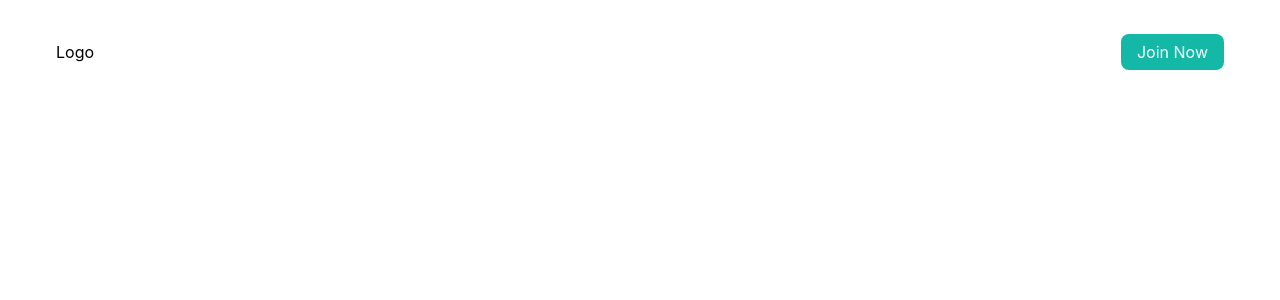
Repository: arafatmollah/auth-app
Page: /
The author's editor kept a copy of each file at every save. The page is drawn from the files as they stood at one save, then again after the next save.
The browser window is 1280 px wide. The pictures show the whole page.
The project was rebuilt for these pictures with package versions that can differ from the ones it lists, and the page was loaded fresh each time. The framework's server and built-in components were replaced by stand-ins that run in the browser. Also part of the build but not shown: next.config.js.

Above is the page before, as saved 2022-10-03 16:19:42.

### pages/_app.js
import '../styles/globals.css'
import Layout from '../components/Layout'

function MyApp({ Component, pageProps }) {
 return(
  <Layout>
  <Component {...pageProps} />
 </Layout>
 )
}

export default MyApp

### pages/index.js
import Head from 'next/head'

export default function Home() {
  return (
    <div>
      <Head>
        <title>Create Next App</title>
        <meta name="description" content="Generated by create next app" />
        <link rel="icon" href="/favicon.ico" />
      </Head>

      <main>
       <h2 className='text-5xl'>

       </h2>
      </main>


    </div>
  )
}

### components/Layout.js
import React from 'react'
import Nav from './Nav'

export default function Layout({children}) {
  return (
    <div className='mx-14'>
       <Nav></Nav>
        <main>
        {children}
        </main>
        </div>
  )
}

### components/Nav.js
import React from 'react'
import Link from 'next/link'

function Nav() {
  return (
    <div>
        <nav className='flex justify-between items-center py-10'>
        <Link href="/">Logo</Link>
        <ul>
            <Link href="/auth">
            <a className='py-2 px-4 bg-teal-500 my-5 rounded-lg text-white'>Join Now</a>
            </Link>
        </ul>
        </nav>
    </div>
  )
}

export default Nav

Loaded but not shown: styles/globals.css (common file); tailwind.config.js (common file)

After the next save:
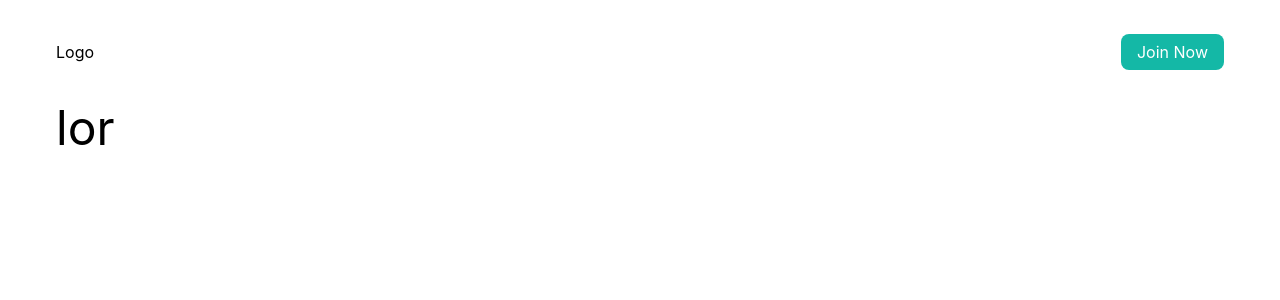
Saved 5 s later.
--- a/pages/index.js
+++ b/pages/index.js
@@ -11,7 +11,7 @@
 
       <main>
        <h2 className='text-5xl'>
-
+        lor
        </h2>
       </main>
 

After the 2 saves that followed:
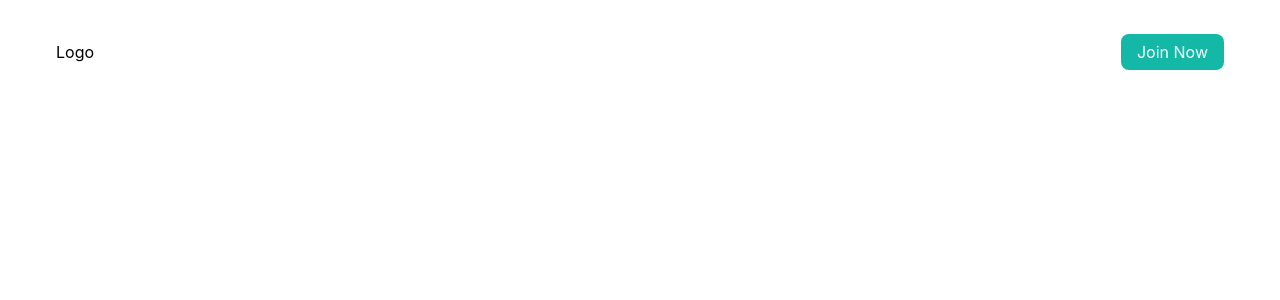
The 2 saves are shown as one change because they came seconds apart.
The last was saved 6 s later.
--- a/pages/index.js
+++ b/pages/index.js
@@ -11,7 +11,7 @@
 
       <main>
        <h2 className='text-5xl'>
-        lor
+
        </h2>
       </main>
 
